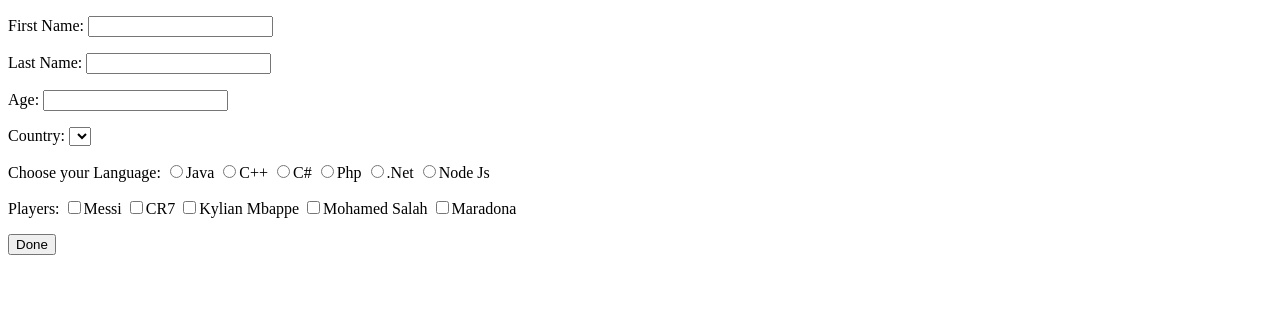
Repository: Moustafa-Ali-Khater/Spring-Data_Hibernate
Page: http://localhost/Spring_MVC/WEB-INF/view/Student-Front-MVC-Tags/student-account.jsp
An editor plug-in stored every save of this project. The page is shown before and after the next save, followed by the edit.
The browser window is 1280 px wide. The pictures show the whole page.
The page is served by Tomcat 9. Nobody is signed in. The template is opened directly, without the code that normally fills it, so the values that code supplies are empty.

Above is the page before, as saved 2023-08-02 19:05:37.

After the next save:
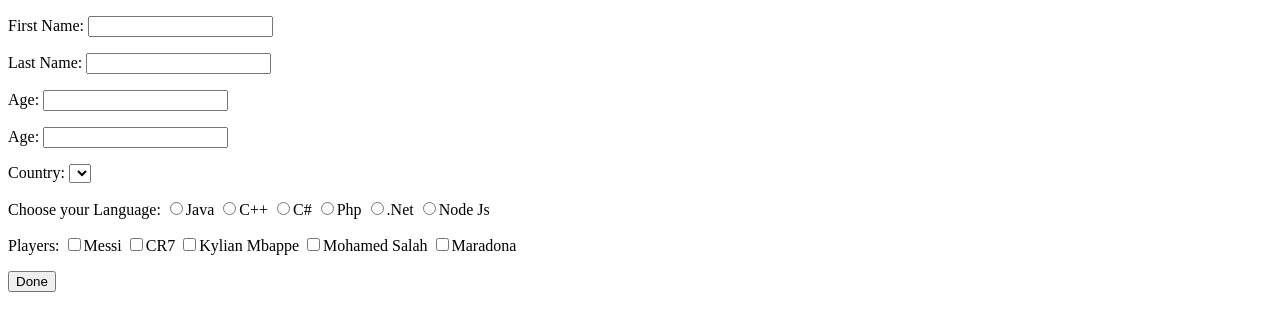
Saved 4 min 8 s later.
--- a/Spring_MVC/WebContent/WEB-INF/view/Student-Front-MVC-Tags/student-account.jsp
+++ b/Spring_MVC/WebContent/WEB-INF/view/Student-Front-MVC-Tags/student-account.jsp
@@ -20,6 +20,8 @@
 		<p>First Name: <f:input path="fName"/>
 		<f:errors path="fName" cssClass="error"/></p>
 		<p>Last Name: <f:input path="lName"/></p>
+		<p>Age: <f:input path="age"/>
+		<f:errors path="age" cssClass="error"/></p>
 		<p>Age: <f:input path="age"/>
 		<f:errors path="age" cssClass="error"/></p>
 		Country:
